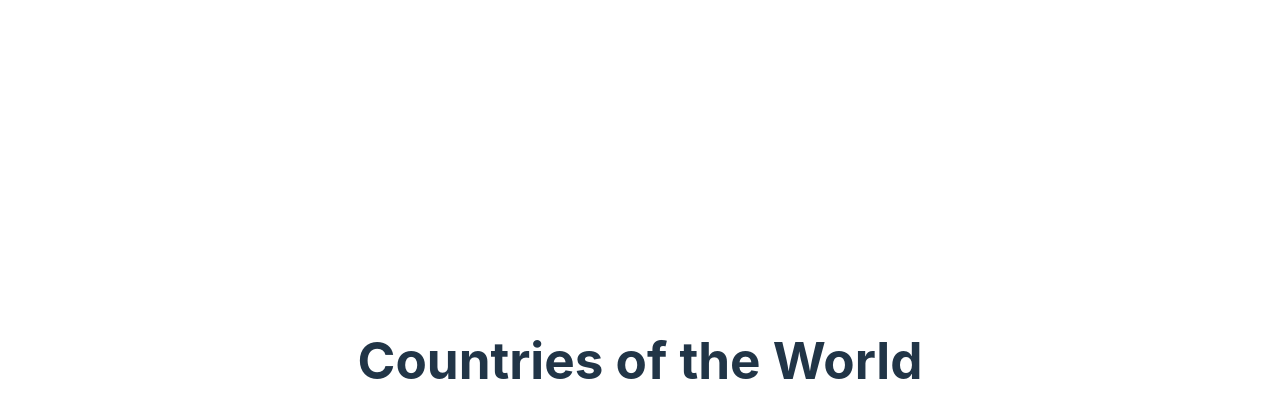
Repository: Vanessahyc/COMP3170_Lab06
Page: /
These files come from the project's save history. The page is drawn as it stood at one moment and after the next save; the edit follows.
The browser window is 1280 px wide. The pictures show the whole page.
The page's requests for data from a server got no answer. The project was rebuilt for these pictures with package versions that can differ from the ones it lists, and the page was loaded fresh each time. No one was signed in, and anything a server would have sent is missing. Also part of the build but not shown: vite.config.js, src/components/Country.jsx.

Above is the page before, as saved 2024-11-14 15:42:19.

### src/App.jsx
import { useEffect, useState } from 'react'
import './App.css'
import Countries from './components/Countries';

function App() {

  const [countries, setCountries] = useState([]);
  const url = "https://restcountries.com/v3.1/all";

  // useEffect(() => {
  //   fetch('https://restcountries.com/v3.1/all')
  //     .then(response => response.json())
  //     .then(data => {
  //       setCountries(data);
  //     })
  //     .catch(error => console.error('Error fetching countries', error));
  // }, []);

  async function fetchData() {
    const response = await fetch('https://restcountries.com/v3.1/all');
    const data = await response.json();

    setCountries(data);
  }

  useEffect(() => {
    fetchData();
  }, []);

  return (
    <div>
      <h1>Countries of the World</h1>
      <Countries countries={countries}/>
    </div>
  );
}

export default App

### src/App.css
#root {
  max-width: 1280px;
  margin: 0 auto;
  padding: 2rem;
  text-align: center;
}

.logo {
  height: 6em;
  padding: 1.5em;
  will-change: filter;
  transition: filter 300ms;
}
.logo:hover {
  filter: drop-shadow(0 0 2em #646cffaa);
}
.logo.react:hover {
  filter: drop-shadow(0 0 2em #61dafbaa);
}

@keyframes logo-spin {
  from {
    transform: rotate(0deg);
  }
  to {
    transform: rotate(360deg);
  }
}

@media (prefers-reduced-motion: no-preference) {
  a:nth-of-type(2) .logo {
    animation: logo-spin infinite 20s linear;
  }
}

.card {
  padding: 2em;
}

.read-the-docs {
  color: #888;
}

.country_header {
  display: flex;
}

### src/components/Countries.jsx
import Country from "./Country";

export default function Countries({countries}) {
    return(
        <div>
            {
                countries.map(country => (
                    <Country
                        key={country.cca3}
                        url={country.flags.svg}
                        countryName={country.name.common}
                        officialName={country.name.official}
                        capital={country.capital}
                        population={country.population}
                        languages={country.languages}
                        currencies={country.currencies}
                        area={country.area}
                        subregion={country.subregion}
                        continents={country.continents}
                        borders={country.borders}
                        googleMaps={country.googleMaps}
                    />
                ))
            }
        </div>
    );
}

Loaded but not shown: index.html (common file); src/main.jsx (common file); src/index.css (common file)

After the next save:
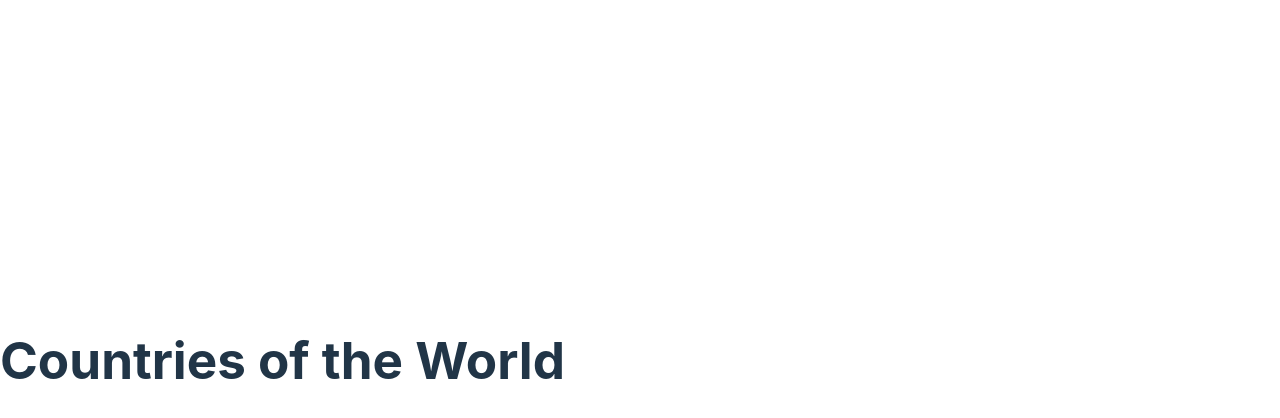
Saved 13 s later.
--- a/src/App.css
+++ b/src/App.css
@@ -1,4 +1,4 @@
-#root {
+/* #root {
   max-width: 1280px;
   margin: 0 auto;
   padding: 2rem;
@@ -31,7 +31,7 @@
   a:nth-of-type(2) .logo {
     animation: logo-spin infinite 20s linear;
   }
-}
+} */
 
 .card {
   padding: 2em;

After the save that followed:
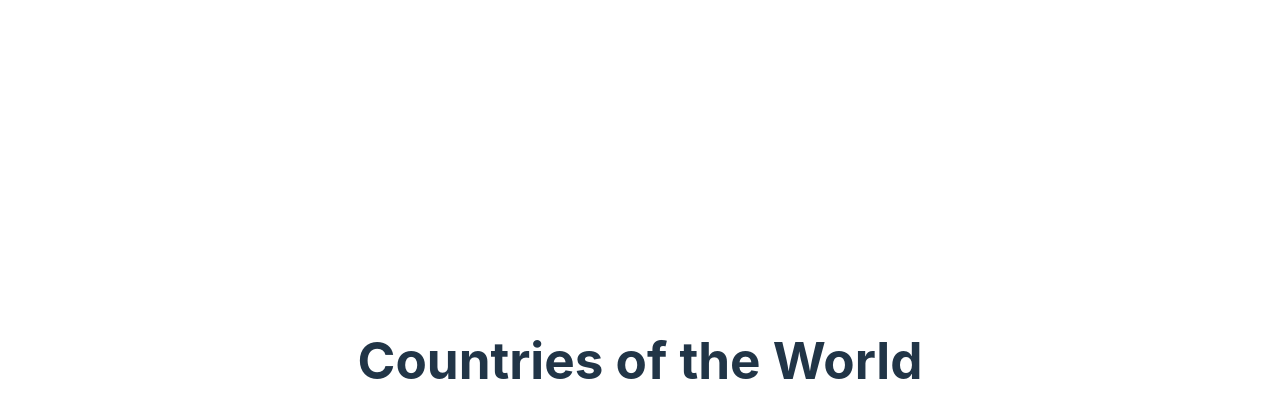
Saved 63 s later.
--- a/src/App.css
+++ b/src/App.css
@@ -1,11 +1,11 @@
-/* #root {
+#root {
   max-width: 1280px;
   margin: 0 auto;
   padding: 2rem;
   text-align: center;
 }
 
-.logo {
+/* .logo {
   height: 6em;
   padding: 1.5em;
   will-change: filter;
@@ -31,7 +31,7 @@
   a:nth-of-type(2) .logo {
     animation: logo-spin infinite 20s linear;
   }
-} */
+}
 
 .card {
   padding: 2em;
@@ -39,7 +39,7 @@
 
 .read-the-docs {
   color: #888;
-}
+} */
 
 .country_header {
   display: flex;
